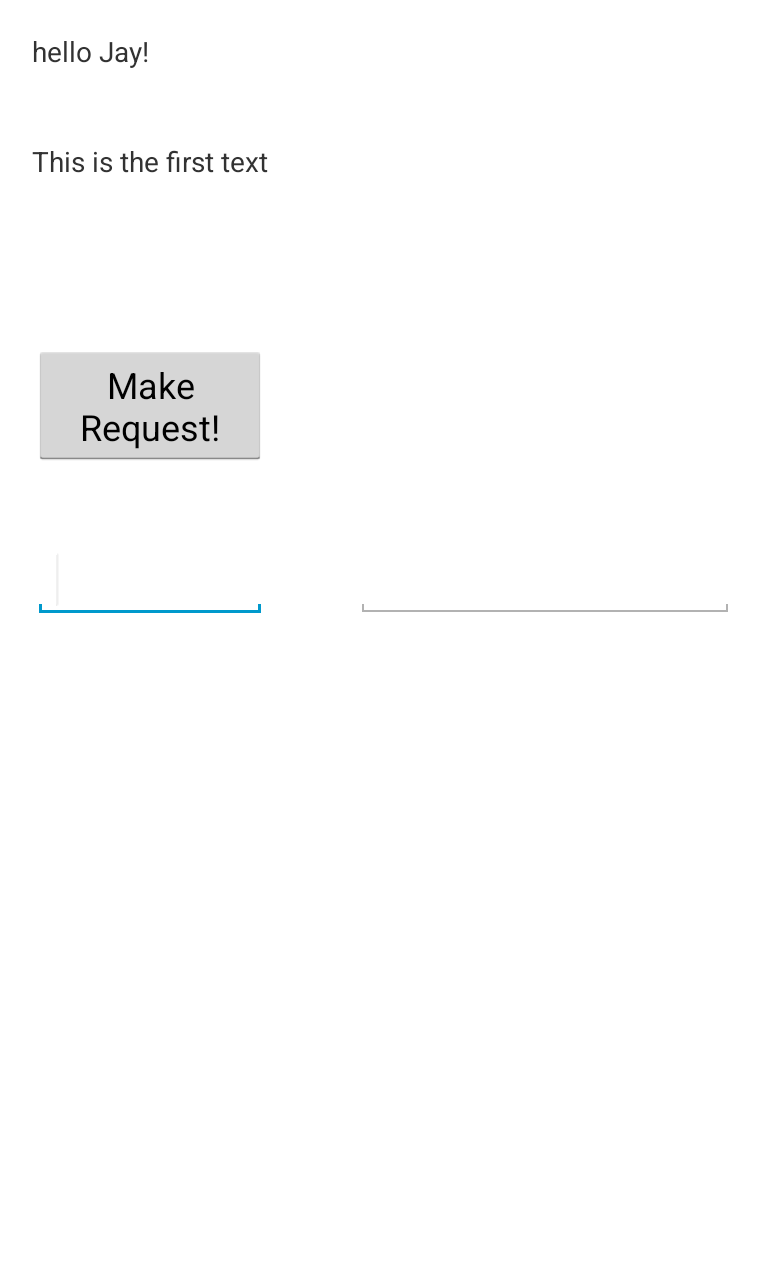
Repository: jay-silesh/ImFree
Layout: Frontend/Android_app/ImFree/res/layout/activity_main.xml
These files come from the project's save history. The layout is drawn as it stood at one moment and after the next save; the edit follows.
It is drawn on a 768 x 1280 px phone screen (xhdpi) without system bars, with theme AppTheme; the app's code is not run.

Above is the layout before, as saved 2013-08-27 23:17:56.

### Frontend/Android_app/ImFree/res/layout/activity_main.xml
<RelativeLayout xmlns:android="http://schemas.android.com/apk/res/android"
    xmlns:tools="http://schemas.android.com/tools"
    android:layout_width="match_parent"
    android:layout_height="match_parent"
    android:paddingBottom="@dimen/activity_vertical_margin"
    android:paddingLeft="@dimen/activity_horizontal_margin"
    android:paddingRight="@dimen/activity_horizontal_margin"
    android:paddingTop="@dimen/activity_vertical_margin"
    tools:context=".MainActivity" >

    <TextView
        android:id="@+id/textView2"
        android:layout_width="wrap_content"
        android:layout_height="wrap_content"
        android:text="hello Jay!" />

    <TextView
        android:id="@+id/textView1"
        android:layout_width="wrap_content"
        android:layout_height="wrap_content"
        android:layout_alignParentLeft="true"
        android:layout_below="@+id/textView2"
        android:layout_marginTop="36dp"
        android:text="This is the first text" />

    <Button
        android:id="@+id/button1"
        android:layout_width="wrap_content"
        android:layout_height="wrap_content"
        android:layout_alignRight="@+id/textView1"
        android:layout_below="@+id/textView1"
        android:layout_marginTop="82dp"
        android:text="Make Request!" />

    <EditText
        android:id="@+id/editText1"
        android:layout_width="wrap_content"
        android:layout_height="wrap_content"
        android:layout_alignParentLeft="true"
        android:layout_alignRight="@+id/button1"
        android:layout_below="@+id/button1"
        android:layout_marginTop="37dp"
        android:ems="10" >

        <requestFocus />
    </EditText>

    <EditText
        android:id="@+id/editText2"
        android:layout_width="wrap_content"
        android:layout_height="wrap_content"
        android:layout_alignBottom="@+id/editText1"
        android:layout_marginLeft="43dp"
        android:layout_toRightOf="@+id/editText1"
        android:ems="10"
        android:inputType="number" />

</RelativeLayout>

Loaded but not shown: Frontend/Android_app/ImFree/res/values/styles.xml (common file); Frontend/Android_app/ImFree/res/values-v11/styles.xml (common file); Frontend/Android_app/ImFree/res/values-v14/styles.xml (common file); Frontend/Android_app/ImFree/res/values/dimens.xml (common file)

After the next save:
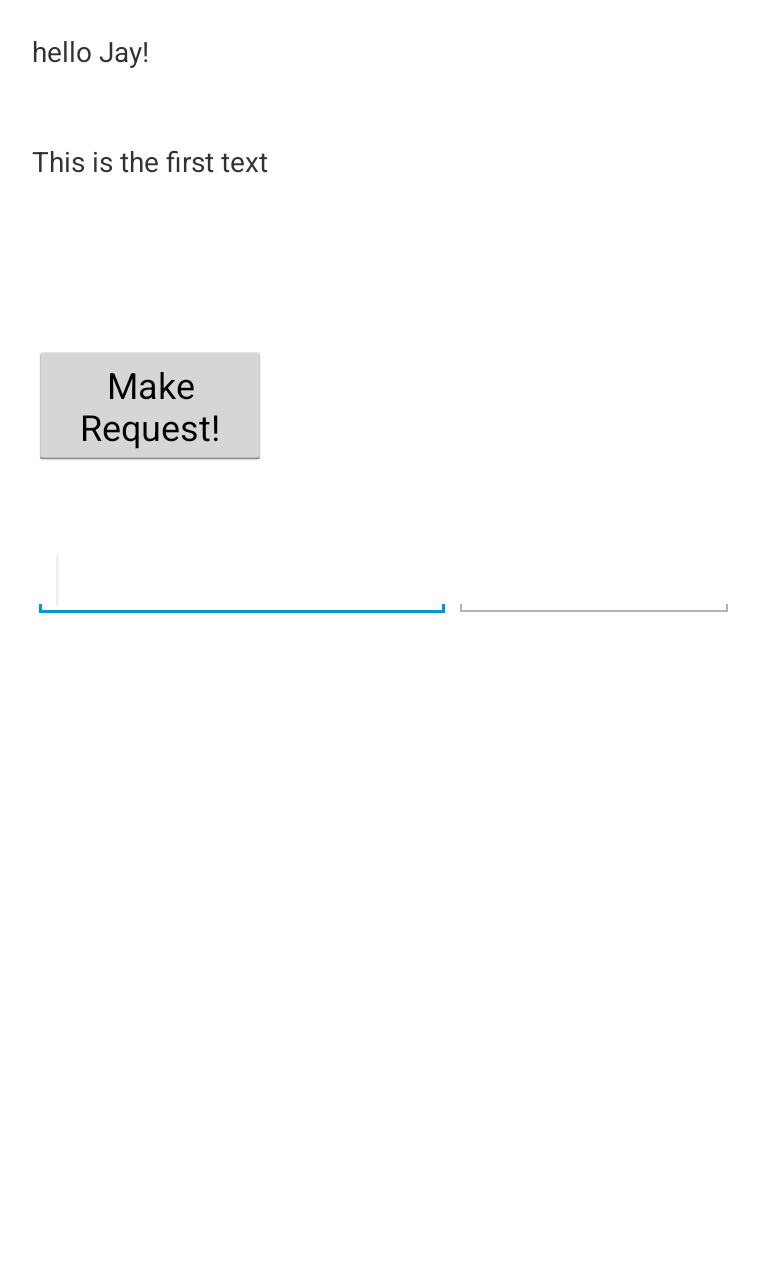
Saved 3 min 47 s later.
--- a/Frontend/Android_app/ImFree/res/layout/activity_main.xml
+++ b/Frontend/Android_app/ImFree/res/layout/activity_main.xml
@@ -37,7 +37,6 @@
         android:layout_width="wrap_content"
         android:layout_height="wrap_content"
         android:layout_alignParentLeft="true"
-        android:layout_alignRight="@+id/button1"
         android:layout_below="@+id/button1"
         android:layout_marginTop="37dp"
         android:ems="10" >
@@ -50,7 +49,6 @@
         android:layout_width="wrap_content"
         android:layout_height="wrap_content"
         android:layout_alignBottom="@+id/editText1"
-        android:layout_marginLeft="43dp"
         android:layout_toRightOf="@+id/editText1"
         android:ems="10"
         android:inputType="number" />
